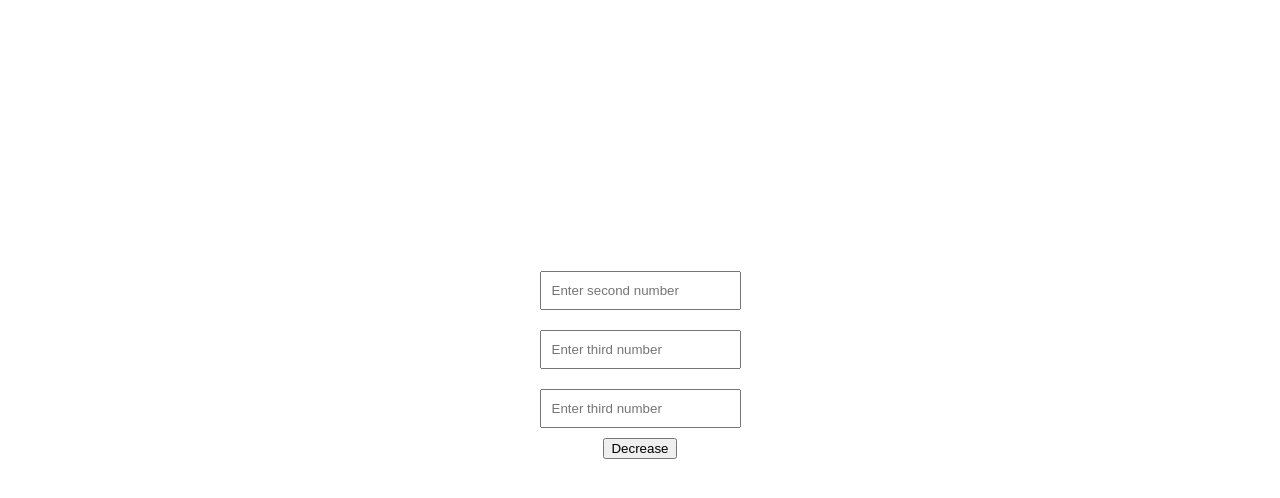
Repository: purnimapatel/SI-calculator
Page: /
An editor plug-in stored every save of this project. The page is shown before and after the next save, followed by the edit.
The browser window is 1280 px wide. The pictures show the whole page.
The project was rebuilt for these pictures with package versions that can differ from the ones it lists, and the page was loaded fresh each time.

Above is the page before, as saved 2024-08-26 11:20:44.

### src/App.jsx
import logo from './logo.svg';
import './App.css';
import { useState } from 'react';

function App() {
  const[rate, setRate]=(useState(''));
  const[principle, setPrinciple]=(useState());
  const[time, setTime]=(useState(''));
  const[res, setRes]=(useState(''));
  return(


    <div className="container">
    <div>
    {res}
    </div>


    <input
        type="number"
        id = "field"
        value={rate}
        onChange={(e) => setRate(Number(e.target.value))}
        placeholder="Enter second number"
      />
      <input
        type="number"
        id="field"
        value={principle}
        onChange={(e) => setPrinciple(Number(e.target.value))}
        placeholder="Enter third number"
      />
      <input
        type="number"
        id = "field"
        value={time}
        onChange={(e) => setTime(Number(e.target.value))}
        placeholder="Enter third number"
      />
    <button className='btn2' onClick={result}>Decrease</button>
    </div>

  )
  function result(){

    setRate('');
    setPrinciple('');
    setTime('');
    setRes((rate*principle*time)/100)

}




}


export default App;

### src/App.css
.App {
  text-align: center;
}
.container{
  display:flex;
  justify-content: center;
  align-items:center;
  flex-direction: column;
  height: 100vh;
}
input[type=number]::-webkit-outer-spin-button,
input[type=number]::-webkit-inner-spin-button {
    -webkit-appearance: none;
    margin: 0;
}

/* Remove the spinner in Firefox */
input[type=number] {
    -moz-appearance: textfield;
}
#field{
  margin:10px;
  padding:10px;
}

Loaded but not shown: public/index.html (common file); src/index.js (common file); src/index.css (common file); src/reportWebVitals.js (common file)

After the next save:
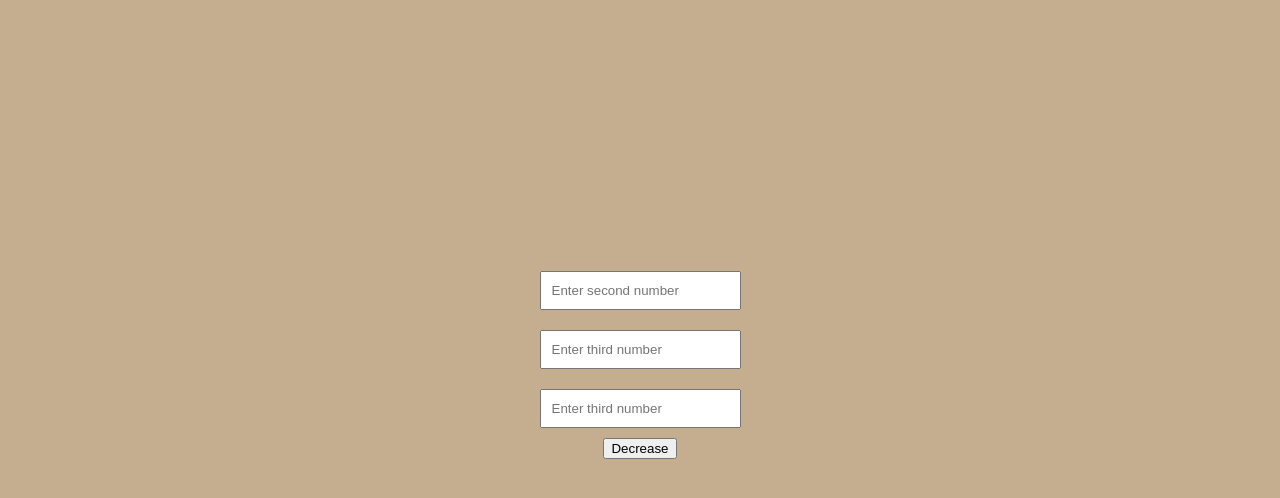
Saved 27 s later.
--- a/src/App.css
+++ b/src/App.css
@@ -7,6 +7,7 @@
   align-items:center;
   flex-direction: column;
   height: 100vh;
+  background-color:rgb(197, 174, 144)
 }
 input[type=number]::-webkit-outer-spin-button,
 input[type=number]::-webkit-inner-spin-button {
